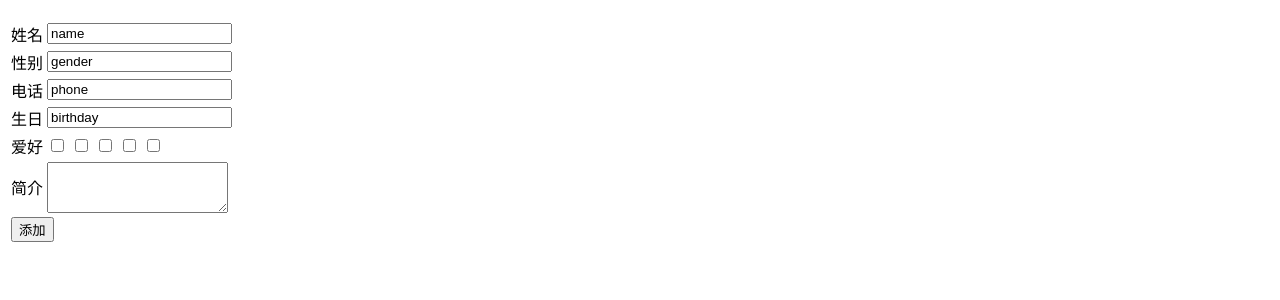
Repository: ChengqunYang/JAVA
Page: http://localhost/stu/add.jsp
An editor plug-in stored every save of this project. The page is shown before and after the next save, followed by the edit.
The browser window is 1280 px wide. The pictures show the whole page.
The page is served by Tomcat 9.

Above is the page before, as saved 2019-04-08 11:09:34.

After the next save:
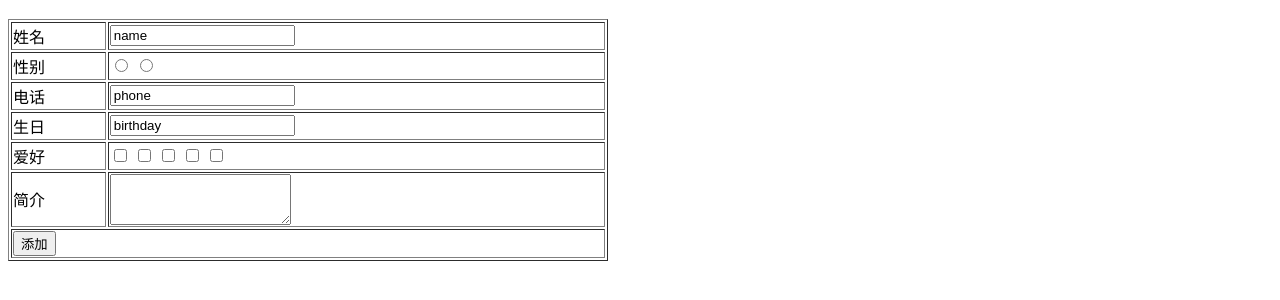
Saved 2 min 30 s later.
--- a/stu/WebContent/add.jsp
+++ b/stu/WebContent/add.jsp
@@ -8,14 +8,17 @@
 </head>
 <body>
 <h3></h3>
-<table>
+<table border = "1" width = "600">
 	<tr>
 		<td>姓名</td>
 		<td><input type = "text" value = "name"></td>
 	</tr>
 	<tr>
 		<td>性别</td>
-		<td><input type = "text" value = "gender"></td>
+		<td>
+		<input type = "radio" name = "gender" value = "男">
+		<input type = "radio" name = "gneder" value = "女">
+		</td>
 	</tr>
 	<tr>
 		<td>电话</td>
